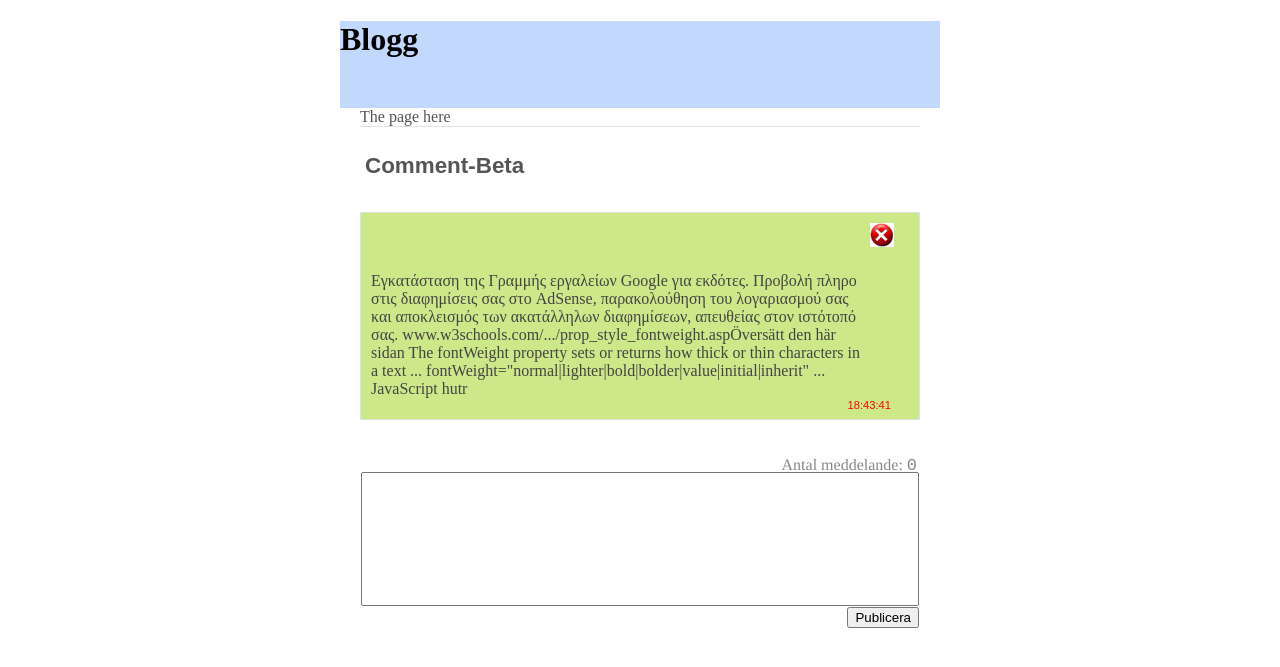
Repository: dn222em/1dv403-laborationer
Page: 2-labbymezzage/index.html
The author's editor kept a record of every edit. The page is drawn from the files as they stood at one moment, then again after the next edit.
The browser window is 1280 px wide. The pictures show the whole page.

Above is the page before.

### 2-labbymezzage/index.html
<!doctype html>
<html lang="sv">
<head>
        <script>
				document.createElement("header");
				document.createElement("hgroup");
				document.createElement("footer");
				document.createElement("article");
				document.createElement("main");
				document.createElement("section");
				document.createElement("nav");
				document.createElement("aside");
				document.createElement("address");
			</script>

        <meta charset="utf-8">
        <title>Labby mezzage</title>
        <link rel="stylesheet" href="style.css" />
        <script type="text/javascript" src="Message.js"></script>
        <script type="text/javascript" src="mess.js"></script>
        <script type="text/javascript" src="init.js"></script>
</head>
<body>
    <div id="container">
        <header>
			<h1>Blogg</h1>
		</header>
    <main>
        <div id="page">
            The page here
        </div>
             <div class="main-comment">
 <h3 class="comment-title">Comment-Beta</h3>
                 <div id="comments-list" class="comments-list">
                     <ul id="comment-holder" class="comment-holder">
                            <!--<div id="comment-date" class="comment-date">
               <h3 id="comment-date-given" class="comment-date-given">2014-11-28 18:43:41</h3>-->
                               </div>
                          <li class="comment-holder-li" >
                           <div id="comment-upp-buttons" class="comment-upp-buttons">
                                   <ul>
                                        <li><img id="delete-button" class="delete-button" src="pics/1.png" /></li>
                                   </ul>
                            </div>
                                 <p class="comment-paragraf">Εγκατάσταση της Γραμμής εργαλείων Google για εκδότες. Προβολή πληρο στις διαφημίσεις σας στο AdSense, παρακολούθηση του λογαριασμού σας και αποκλεισμός των ακατάλληλων διαφημίσεων, απευθείας στον ιστότοπό σας.
                               www.w3schools.com/.../prop_style_fontweight.aspÖversätt den här sidan
The fontWeight property sets or returns how thick or thin characters in a text ... fontWeight="normal|lighter|bold|bolder|value|initial|inherit" ... JavaScript hutr</p>
                            <div id="comment-date" class="comment-date">
                               <code id="writen-date" class="writen-date">18:43:41</code>
                            </div>
                            </li>
                     </ul>
                 </div>
    <p id="count-comments" class="count-comments">Antal meddelande: <code id="count-length" class="count-length">0</code></p>
         <div class="comment-box">
            <textarea type="textarea" name="kommentar" id="comment-box"></textarea>
         </div>
         <div id="comment-publish-button">
             <input id="publish-button" type="button" name="submit" value="Publicera" />
         </div>
             </div>
    </main>
    </div>
</body>

</html>

### 2-labbymezzage/style.css
/*Reset-styleshhet
-----------------------------------------------------------------------------*/
/* http://meyerweb.com/eric/tools/css/reset/
   v2.0 | 20110126
   License: none (public domain)
*/

/*html, body, div, span, applet, object, iframe,
h1, h2, h3, h4, h5, h6, p, blockquote, pre,
a, abbr, acronym, address, big, cite, code,
del, dfn, em, img, ins, kbd, q, s, samp,
small, strike, strong, sub, sup, tt, var,
b, u, i, center,
dl, dt, dd, ol, ul, li,
fieldset, form, label, legend,
table, caption, tbody, tfoot, thead, tr, th, td,
article, aside, canvas, details, embed,
figure, figcaption, footer, header, hgroup,
menu, nav, output, ruby, section, summary,
time, mark, audio, video {
	margin: 0;
	padding: 0;
	border: 0;
	font-size: 100%;
	font: inherit;
	vertical-align: baseline;
}
 HTML5 display-role reset for older browsers
article, aside, details, figcaption, figure,
footer, header, hgroup, menu, nav, section {
	display: block;
}
body {
	line-height: 1;
}
ol, ul {
	list-style: none;
}
blockquote, q {
	quotes: none;
}
blockquote:before, blockquote:after,
q:before, q:after {
	content: '';
	content: none;
}
table {
	border-collapse: collapse;
	border-spacing: 0;
}
/*End of Reset - stylesheet
--------------------------------------------------------------------
/*CSS -Stylesheet
======================================================================================================*/
#container{
    width: 600px;
	background-color:#c2d8fc;
	margin:0 auto;
	padding:0;


}


h1{
	margin-bottom:50px;
}

main {

	background-color: #FFF;
	width: 600px;
	margin:10px auto 10px auto;
	height:600px;
}

.comment-paragraf{
	width:500px;
}
/*=======================================================p - total comments*/
.count-comments{
	font-size:1em;
	font-family:'Times';
	float:right;
	margin-right:23px;
	margin-bottom:-3px;
	color:#888;
}

.count-length{
	font-size:1.3em;

}

/*=========================================================page*/
#page{
	width:auto;
	height:auto;
	color:#555;
	margin:20px;
	border-bottom:1px solid #e1e1e1;
}

/*==========================================================comment area*/
.main-comment{
	margin:20px;
	width:auto;
	height:auto;
	color:#444;

}

.comment-title{
	height:45px;
	line-height:37px;
	font-size:1.4em;
	font-family:'Arial';
	margin:0 5px 0 5px;
	color:#555;

}

/*====================================================posted comments*/
.comments-list{
	font-size:1em;
	font-family:'Times';
	margin:10px 5px 10px 5px;
	color:#555;
	color:#766;

}

#comment-holder{
	list-style-type:none;
	margin:0px;
	padding:0px;
	width:auto;
	height:auto;
	overflow:hidden;

}


.comment-holder-li{
	list-style-type:none;
	height:auto;
	width:auto;
	margin:10px 0px 10px 0px;
 	border:1px solid #e1e1e1;
 	padding:5px;
 	padding-left:10px;
 	padding-right:10px;
	background-color:#cce889;
	min-height:80px;
	display:block;


}

.comment-holder-li:hover{
	background-color:#FDB;
}

/*=======================================================date*/
.comment-date{
	float:right;
}

.writen-date{

	font-family:Arial;
	color:red;
	font-size:0.7em;
	float:right;
	position: relative;
	margin-right:18px;
	padding-top:10px;
	margin-top:-25px;

}


/*========================================================buttons*/

.comment-upp-buttons ul{
    margin: 10px;
    padding: 5px;

}

.comment-upp-buttons li{

   	width: 60px;
    display: inline;
    border:none;
	list-style-type: none;
	padding: 10px;


}

.date-button, .delete-button{
	width: 60px;
    display: inline;
	list-style-type: none;
	float:right;
	position: relative;
	width:24px;
	height:24px;
	top:-10px;
	cursor:pointer;


}

.date-button:hover{
	-webkit-transform: scale(1.2);
    -moz-transform: scale(1.2);
    transform: scale(1.2);
}
.date-button:active{
	-webkit-transform: scale(1);
    -moz-transform: scale(1);
    transform: scale(1);
}

.delete-button:hover{
	-webkit-transform: scale(1.2);
    -moz-transform: scale(1.2);
    transform: scale(1.2);
}
.delete-button:active{
	-webkit-transform: scale(1.0);
    -moz-transform: scale(1.0);
    transform: scale(1.0);
}


/*==================================================comments textarea*/
.comment-box{
	height:130px;
	width:auto;
	margin:5px;
	margin-right:11px;
	margin-left:16px;
	margin-top:47px;
	min-height:100px;
	padding:5px

}

#comment-box{
	width:98%;
	/*border:1px solid #cce889;/*#a1a1a1;*/
	color:#223;/*#272426;*/
	height:98%;
	position:relative;
	resize:none;
	/*resize:vertical;
	resize:horizontal;*/

}

#comment-box:hover{
	border:2px solid #279521;
}

#comment-publish-button{
	margin-top:-5px;
	float:right;
	margin-right:21px;


}
#publish-button{
	/*background-color:#cce889;*/
	cursor:pointer;


}

### 2-labbymezzage/Message.js
"use strict";

/* Denna "klass" skapar vi Message-objekt utifrån.
 * Vi kapslar in privata variabler med getters och setters.
*/
    function Message (message, date){

        this.getText = function(){ return this.message; };
        this.setText = function(_message){
            if(typeof _message ==="undefined" || _message.trim() ===""){
                console.log("Textarean är tom!");
            }
            this.message = _message;};

        this.getNewDate = function(){ return this.date;};
        this.setNewDate = function(_date){ this.date = _date;};
    }

    Message.prototype.toString = function (){
        return this.getText() +"<br/>"+"<br/>" +" (" + this.getNewDate() + ") ";
    };


/* function Message (message, date){

        this.message;
        this.date;
    }

    Message.prototype.getText = function(){
        return this.message;
    };

    Message.prototype.setText = function(newText){

        if(typeof newText ==="undefined" || newText.trim() ===""){

            console.log("Textarean är tom!");
        }

        this.message = newText;
    };

     Message.prototype.getDate = function(){
        return this.date;
    };
    Message.prototype.setDate = function(newDate){

       this.date = newDate;
    };

    Message.prototype.toString = function (){

        return this.getText() +"<br/>"+"<br/>" +" (" + this.getDate() + ") ";
    };

/*function Message (message, date){

    this.getText = function () {return message;};
    this.setText = function (_text) { message = _text;};

    this.getDate = function () {return date;};
    this.setDate = function (_date) { };

}

Message.prototype.toString = function (){

    return this.getText() +" (" + this.getDate() + ") ";
};
Message.prototype.getHTMLText = function (){};
Message.prototype.getDateText = function (){};*/

### 2-labbymezzage/mess.js
"use strict";

var MessageBoard  = {

    messages : []





};

### 2-labbymezzage/init.js
"use strict";

/* I denna fil körs vår applikation.
 * Vi använder window.onload för att starta applikationen när
 * fönstret laddat klart. *
 */

window.onload = function(){


    var now = new Date();//.toLocaleString();
    var publish = document.getElementById("publish-button");
    publish.onclick = createMessage;


    var message = new Message();
	var messages = [];
	var ul = null;//document.createElement("ul");
	var li = null;//document.createElement("li");
    var idCounter=0;
	var div1 = null;
	var div2 = null;
	var div3 = null;
	var div4 = null;
	var div5 = null;
	var div6 = null;
	var div7 = null;
	var div8 = null;
	var p = null;
    var paragr = document.getElementById("count-comments");//.removeChild(div6);
    var messageBirth;

    console.log(messages);



	ul = document.createElement("ul");
	document.getElementById("comments-list").appendChild(ul);
	ul.id = "comment-holder";




    function createMessage(){

		message.setText(document.getElementById("comment-box").value);

		if(message.message === "" || document.getElementById("comment-box").value.trim() ===""){
            document.getElementById("comment-box").style.backgroundColor =" #e1e1e1";
            document.getElementById("comment-box").style.border="1px solid red";
            document.getElementById("comment-box").value = "Du måste skriva något för att kommentera";

            var delay=1000;

            setTimeout(function(){
                document.getElementById("comment-box").style.backgroundColor ="white";
                document.getElementById("comment-box").style.border = "1px solid #cce889";
		        document.getElementById("comment-box").value = "";
            },delay);
		return;
		}

		message.setNewDate(now);  //= now;
		messages.push(message);
		idCounter++;
		createElements(message);
		document.getElementById("comment-box").value = null;

		//return messages.push(message);

    }

    function createElements(message){

        //div6 = document.getElementById("count-length");
        //paragr.removeChild(div6);
        div6 = document.getElementsByClassName("count-length");
	    while(div6[0]) {
         div6[0].parentNode.removeChild(div6[0]);
        }

	    li = document.createElement("li");
    	document.getElementById("comment-holder").appendChild(li);

    	//li.innerHTML = message.message;//toString();//message.message;
        li.className ="comment-holder-li";
	    //li.id = "comment-holder-li";
	    li.id = idCounter+"li";

	    ul.appendChild(li);

        p=document.createElement("p");
        document.getElementById(li.id).appendChild(p);
        p.className ="comment-paragraf";
        li.appendChild(p);
        p.innerHTML = message.message;






	    div1 = document.createElement("div");
        document.getElementById(li.id).appendChild(div1);
        //document.getElementsByClassName("comment-holder-li")[0];
        div1.className = "comment-upp-buttons";
        div1.id = idCounter+"comment-upp-buttons";
        div1.innerHTML;
        li.appendChild(div1);

        div2 = document.createElement("ul");
        document.getElementById(div1.id).appendChild(div2);
        //document.getElementsByClassName("comment-upp-buttons")[0];
        div2.id = idCounter+"ul2";
        div2.innerHTML;
        div1.appendChild(div2);

        div3 = document.createElement("li");
        document.getElementById(div2.id).appendChild(div3);
        div3.id = idCounter+"li2";
        div3.innerHTML;
        div2.appendChild(div3);

        div4 = document.createElement("img");
        document.getElementById(div3.id).appendChild(div4);
        div4.id = idCounter+"date-button";
        div4.className = "date-button";
        div4.innerHTML;
        div3.appendChild(div4);
        div4.setAttribute("src", "pics/TIMER.png");
        div4.setAttribute("onClick", "");
        //div4.onclick = showDate;
        div4.addEventListener("click", showDate);

        div5 = document.createElement("img");
        document.getElementById(div4.id).appendChild(div5);
        div5.className ="delete-button";
        div5.id =idCounter+ "delete-button";
        div3.appendChild(div5);
        div5.innerHTML;
        div5.setAttribute("src", "pics/DELETE.png");
        div5.setAttribute("onClick", "");
        //div5.onclick = deleteMessage;
        div5.addEventListener("click", deleteMessage);


        div8 = document.createElement("div");
        document.getElementsByClassName(li.id)[1];//.appendChild(div8);
        div5.appendChild(div8);
        div8.id = idCounter+"comment-date";
        div8.className ="comment-date";
        li.appendChild(div8);

        div7 = document.createElement("code");
        document.getElementById(div8.id).appendChild(div7);
        div7.className = "writen-date";
        div7.id = idCounter+"writen-date";
        div8.appendChild(div7);
        div7.innerHTML= showTime(message.date);


        div6 = document.createElement("code");
        document.getElementById("count-comments").appendChild(div6);
        div6.id = idCounter+"count-length";
        div6.className = "count-length";
        paragr.appendChild(div6);

        div6.innerHTML= messages.length;

    }

    function showTime(str){


        str  = message.date;

		//Create a new date-object to find the exact day.
	    messageBirth = new Date((-(-str - now))-now );

        var hours = messageBirth.getHours();
        var minutes = messageBirth.getMinutes();
        var seconds = messageBirth.getSeconds();

        //messageBirth.getHours()+":"+messageBirth.getMinutes()+":"+messageBirth.getSeconds()
        if(hours < 10){
            hours ="0"+hours;
        }
        if (minutes < 10){
            minutes="0"+minutes;
        }
        if(seconds < 10){
            seconds ="0"+seconds;
        }
        var time = hours+":"+minutes+":"+seconds;
        return time;

    }

    function showDate(str){

         str  = message.date;
         var timeNew = showTime(str);

        //Create two Arrays with Swedish names for days and months!
		var dayName=["Söndag", "Måndag", "Tisdag", "Onsdag", "Torsdag", "Fridag", "Lördag"];
		var monthName=["Jenuari", "Februari", "Mars","April", "Maj", "Juni", "Juli", "Augusti", "September", "Oktober", "November", "December"];


		//Create a new date-object to find the exact day.
	    messageBirth= new Date((-(-str - now))-now );

	    var dateCreation = dayName[messageBirth.getDay()] +" "+messageBirth.getDate()+ " "+monthName[messageBirth.getMonth()]+" "+messageBirth.getFullYear() +"   ";
		//Precentate date and time
        var str1 = "Meddelandet skapades " +dateCreation+timeNew;
        alert(str1);
    }

   function deleteMessage(str){


        //var a = str.target.nodeName;
        var a = str.target.id;
        var b =a.replace('delete-button','');
        var c = b +"li";

        var conf = confirm("Vill du verkligen radera meddelandet?");

        div6.innerHTML= --messages.length;

        var x = document.getElementById(c);
        x.remove(x.selectedIndex);




        //x.remove(x.selectedIndex);

        /*var b = document.getElementById(x).parentNode.id;
        var c = document.getElementById(b).parentNode.id;
        var d = document.getElementById(c).parentNode.nodeName;
        var e = document.getElementById(d).parentNode.id;
        //alert(event.target.id+" and "+event.target.class);


        //console.log(c);*/

   }

};

After the next edit:
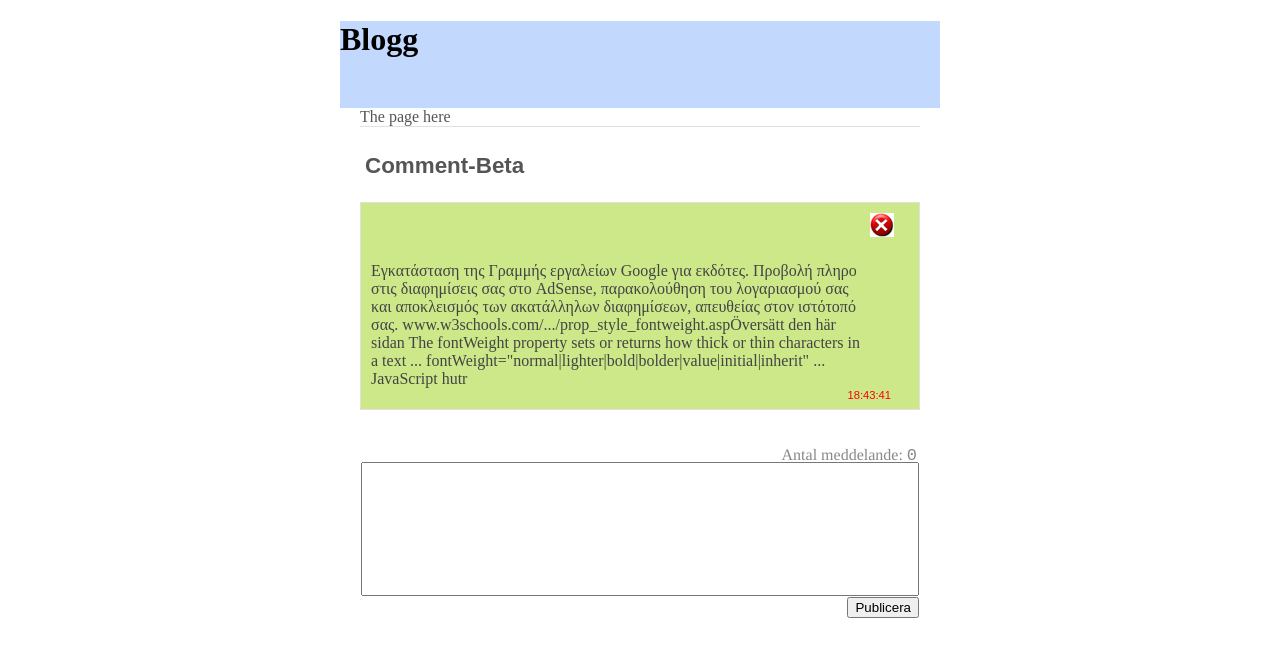
The edit:
--- a/2-labbymezzage/style.css
+++ b/2-labbymezzage/style.css
@@ -136,8 +136,6 @@
 	padding:0px;
 	width:auto;
 	height:auto;
-	overflow:hidden;
-
 }
 
 
